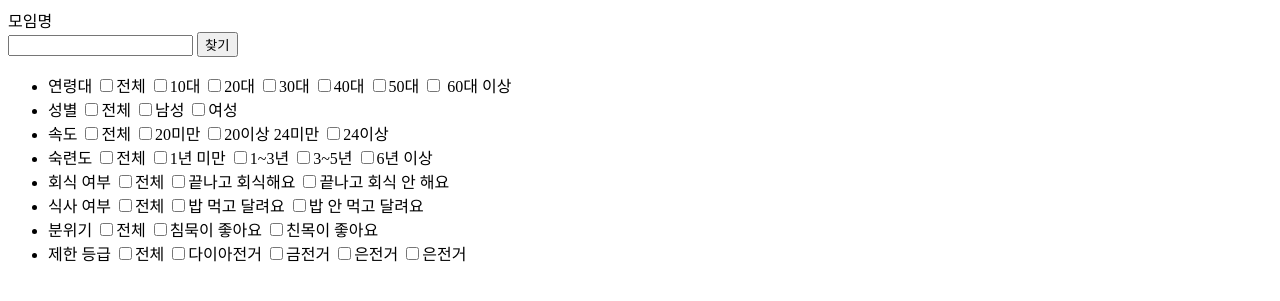
Repository: onpul/TEAM1
Page: http://localhost/Riding/mj/RidingList.jsp
An editor plug-in stored every save of this project. The page is shown before and after a run of saves, followed by the edit.
The browser window is 1280 px wide. The pictures show the whole page.
The page is served by Tomcat 9. Other server files are loaded and not shown.

Above is the page before, as saved 2022-06-04 10:33:24.

### Riding/WebContent/mj/RidingList.jsp
<%@ page contentType="text/html; charset=UTF-8"%>
<%
	request.setCharacterEncoding("UTF-8");
	String cp = request.getContextPath();
%>
<!DOCTYPE html>
<html>
<head>
<meta charset="UTF-8">
<title>Insert title here</title>
</head>
<body>
<div>
	<div>모임명</div>
	<input type="text" />
	<input type="button" value="찾기"/>
</div>
<div>
	<ul>
		<li> 연령대
		<label><input type="checkbox" name="age" value="전체">전체</label>
		<label><input type="checkbox" name="age" value="10대">10대</label>
		<label><input type="checkbox" name="age" value="20대">20대</label>
		<label><input type="checkbox" name="age" value="30대">30대</label>
		<label><input type="checkbox" name="age" value="40대">40대</label>
		<label><input type="checkbox" name="age" value="50대">50대</label>
		<label><input type="checkbox" name="age" value="60대 이상"> 60대 이상</label>
		</li>
		<li> 성별
		<label><input type="checkbox" name="gender" value="전체"/>전체</label>
		<label><input type="checkbox" name="gender" value="남성"/>남성</label>
		<label><input type="checkbox" name="gender" value="여성"/>여성</label>
		</li>
		<li> 속도
		<label><input type="checkbox" name="speed" value="전체"/>전체</label>
		<label><input type="checkbox" name="speed" value="20미만"/>20미만</label>
		<label><input type="checkbox" name="speed" value="20이상 24미만"/>20이상 24미만</label>
		<label><input type="checkbox" name="speed" value="24이상"/>24이상</label>
		</li>
		<li> 숙련도
		<label><input type="checkbox" name="step" value="전체"/>전체</label>
		<label><input type="checkbox" name="step" value="1년 미만"/>1년 미만</label>
		<label><input type="checkbox" name="step" value="1~3년"/>1~3년</label>
		<label><input type="checkbox" name="step" value="3~5년"/>3~5년</label>
		<label><input type="checkbox" name="step" value="6년 이상"/>6년 이상</label>
		</li>
		<li> 회식 여부
		<label><input type="checkbox" name="dinning" value="전체"/>전체</label>
		<label><input type="checkbox" name="dinning" value="끝나고 회식해요"/>끝나고 회식해요</label>
		<label><input type="checkbox" name="dinning" value="끝나고 회식 안 해요"/>끝나고 회식 안 해요</label>
		</li>
		<li> 식사 여부
		<label><input type="checkbox" name="eat" value="전체"/>전체</label>
		<label><input type="checkbox" name="eat" value="밥 먹고 달려요"/>밥 먹고 달려요</label>
		<label><input type="checkbox" name="eat" value="밥 안 먹고 달려요"/>밥 안 먹고 달려요</label>
		</li>
		<li> 분위기
		<label><input type="checkbox" name="mood" value="전체"/>전체</label>
		<label><input type="checkbox" name="mood" value="침묵이 좋아요"/>침묵이 좋아요</label>
		<label><input type="checkbox" name="mood" value="친목이 좋아요"/>친목이 좋아요</label>
		</li>
		<li> 제한 등급
		<label><input type="checkbox" name="grade" value="전체"/>전체</label>
		<label><input type="checkbox" name="grade" value="다이아전거"/>다이아전거</label>
		<label><input type="checkbox" name="grade" value="금전거"/>금전거</label>
		<label><input type="checkbox" name="grade" value="은전거"/>은전거</label>
		<label><input type="checkbox" name="grade" value="은전거"/>은전거</label>

		</li>
	</ul>
</div>
</body>
</html>

After the next 2 saves:
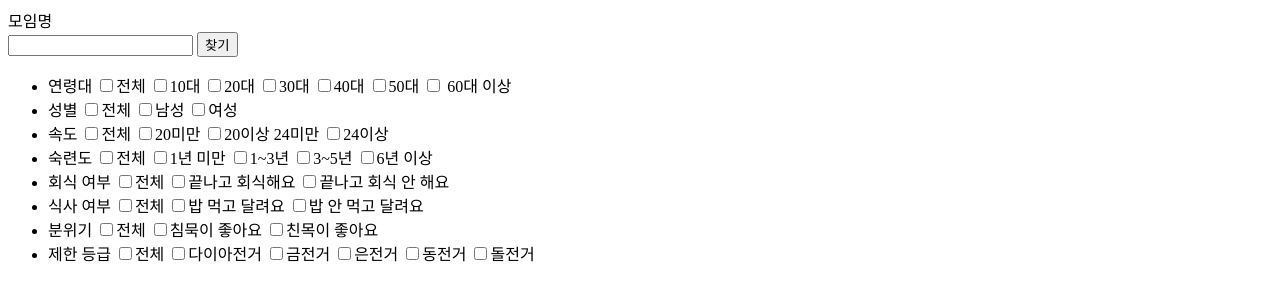
The 2 saves are shown as one change because they came seconds apart.
The last was saved 13 s later.
--- a/Riding/WebContent/mj/RidingList.jsp
+++ b/Riding/WebContent/mj/RidingList.jsp
@@ -64,8 +64,8 @@
 		<label><input type="checkbox" name="grade" value="다이아전거"/>다이아전거</label>
 		<label><input type="checkbox" name="grade" value="금전거"/>금전거</label>
 		<label><input type="checkbox" name="grade" value="은전거"/>은전거</label>
-		<label><input type="checkbox" name="grade" value="은전거"/>은전거</label>
-
+		<label><input type="checkbox" name="grade" value="동전거"/>동전거</label>
+		<label><input type="checkbox" name="grade" value="돌전거"/>돌전거</label>
 		</li>
 	</ul>
 </div>
